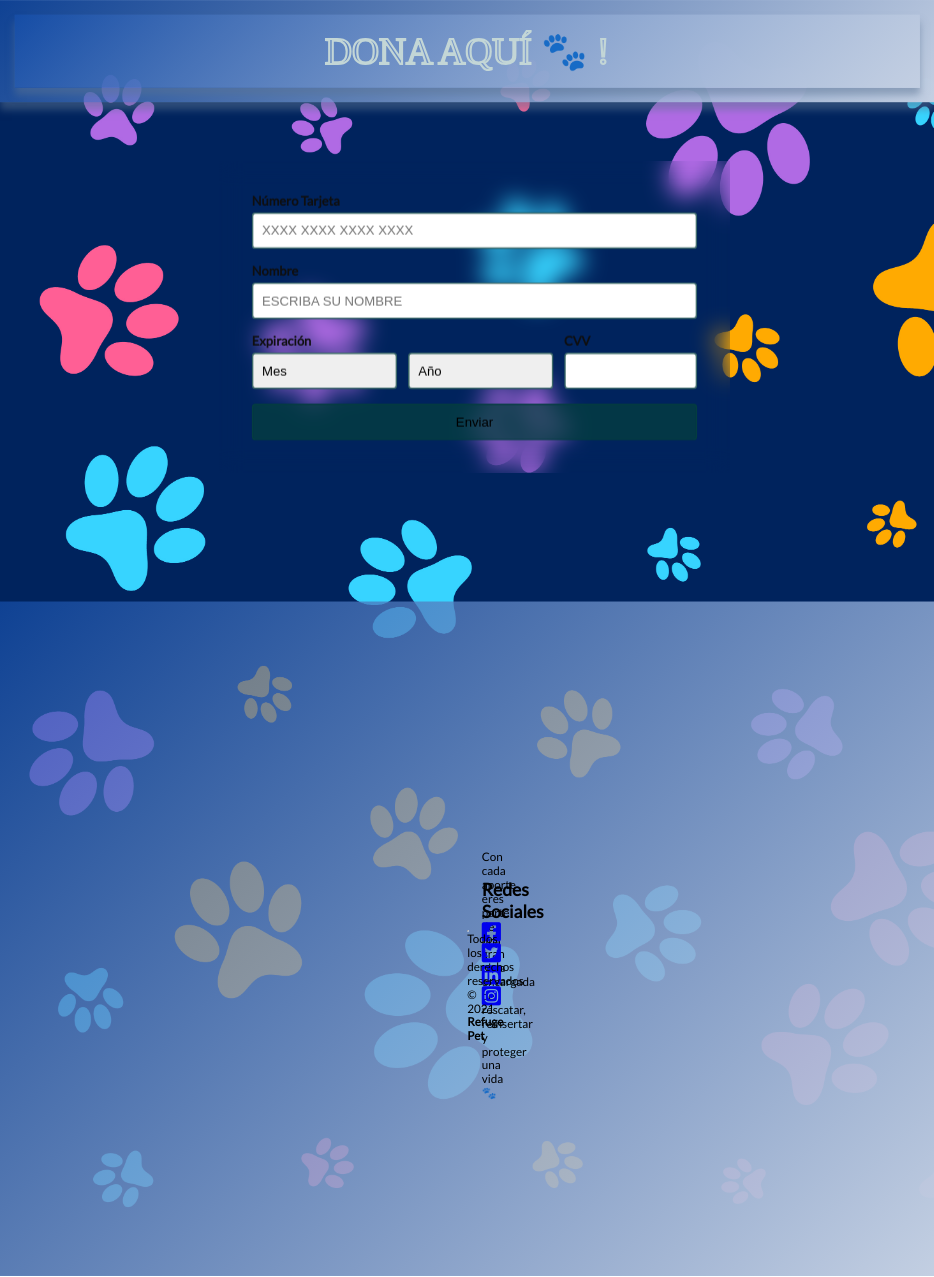
Repository: andreasvidal/SCL019-card-validation
Page: src/views/cardvalidation.html
An editor plug-in stored every save of this project. The page is shown before and after the next save, followed by the edit.
The browser window is 1280 px wide. The pictures show the whole page, at 73% of full size.
Some web fonts or font styles are not loaded; a fallback is used. Some web libraries are served in a nearby version.

Above is the page before, as saved 2022-04-13 10:05:18.

### src/views/cardvalidation.html
<!DOCTYPE html>
<html lang="en">

<head>
    <meta charset="UTF-8" />
    <meta http-equiv="X-UA-Compatible" content="IE=edge" />
    <meta name="viewport" content="width=device-width, initial-scale=1.0" />
    <link rel="preconnect" href="https://fonts.googleapis.com" />
    <link rel="preconnect" href="https://fonts.gstatic.com" crossorigin />
    <link href="https://fonts.googleapis.com/css2?family=Lato:ital,wght@0,400;1,700&display=swap" rel="stylesheet" />
    <link rel="preconnect" href="https://fonts.googleapis.com" />
    <link rel="preconnect" href="https://fonts.gstatic.com" crossorigin />
    <link href="https://fonts.googleapis.com/css2?family=Hurricane&family=Lato:ital,wght@1,700&display=swap" rel="stylesheet" />
    <link rel="stylesheet" href="https://use.fontawesome.com/releases/v5.8.1/css/all.css" integrity="sha384-50oBUHEmvpQ+1lW4y57PTFmhCaXp0ML5d60M1M7uH2+nqUivzIebhndOJK28anvf" crossorigin="anonymous" />
    <link rel="stylesheet" href="../css/formstyle.css" />
    <link rel="stylesheet" href="../css/style.css" />
    <title>Formulario</title>
</head>

<!--contenido principal formulario-->

<body>
    <div class="subtitle">
        <p class="subtitle">DONA AQUÍ 🐾 !</p>
    </div>
    <form id="formValidation" class="form-validation">
        <div class="bg-blur">
            <div class="data-card" id="dataForm">
                <label for="inputNumber">Número Tarjeta</label>
                <input type="text" id="inputNumber" name="number" maxlength="16" autocomplete="off" pattern="[0-9]+" placeholder="XXXX XXXX XXXX XXXX" required />
                <h5 id="print"></h5>
            </div>
            <div class="data-card">
                <label for="inputNameUser">Nombre </label>
                <input type="text" id="inputNameUser" name="nameUser" placeholder="Escriba su nombre" required />
                <h5 id="print"></h5>
            </div>
            <!--datos expiración tarjeta-->
            <div class="flexbox">
                <div class="data-card expider-date">
                    <label for="monthSelect">Expiración</label>
                    <div class="flexbox">
                        <div class="data-card-select">
                            <select name="monthSelect" id="monthSelect" required>
                <option disabled selected>Mes</option>
                <option value="1">1</option>
                <option value="2">2</option>
                <option value="3">3</option>
                <option value="4">4</option>
                <option value="5">5</option>
                <option value="6">6</option>
                <option value="7">7</option>
                <option value="8">8</option>
                <option value="9">9</option>
                <option value="10">10</option>
                <option value="11">11</option>
                <option value="12">12</option>
              </select>
                        </div>
                        <div class="data-card-select">
                            <select name="yearSelect" id="yearSelect" required>
                <option disabled selected>Año</option>
                <option value="2">2014</option>
                <option value="5">2015</option>
                <option value="6">2016</option>
                <option value="7">2017</option>
                <option value="8">2018</option>
                <option value="9">2019</option>
                <option value="10">2020</option>
                <option value="11">2021</option>
                <option value="12">2022</option>
              </select>
                        </div>
                    </div>
                </div>
                <div class="data-card ccv">
                    <label for="inputCcv">CVV</label>
                    <input type="text" id="inputCcv" name="inputCcv" maxlength="3" required />
                </div>
            </div>
            <button type="submit" value="sendForm" class="btn-send" id="sendForm">
        Enviar
      </button>
        </div>
    </form>
    <footer>
        <div class="container__footer">
            <div class="box__footer">
                <div class="terms">
                    <p>
                        Con cada aporte eres parte de una gran obra encargada de rescatar, reinsertar y proteger una vida 🐾
                    </p>
                </div>
            </div>
            <div class="box__footer">
                <h2>Redes Sociales</h2>
                <a href="#"> <i class="fab fa-facebook-square"></i></a>
                <a href="#"><i class="fab fa-twitter-square"></i></a>
                <a href="#"><i class="fab fa-linkedin"></i></a>
                <a href="#"><i class="fab fa-instagram-square"></i></a>
            </div>
        </div>
        <div class="box__copyright">
            <hr />
            <p>Todos los derechos reservados © 2021 <b>Refuge Pet</b></p>
        </div>
    </footer>
    <!-- jQuery-->
    <script src="https://ajax.googleapis.com/ajax/libs/jquery/3.6.0/jquery.min.js"></script>
    <!--materialize -->
    <!--JS-->
    <script src="../js/index.js" type="module"></script>
</body>

</html>

### src/css/formstyle.css
* {
    padding: 0;
    margin: 0;
    box-sizing: border-box;
}

body {
    font-family: 'Lato', 'sans-serif';
    background-image: url(../assets/img/fondopatas.jpg);
    background-size: cover;
    background-repeat: no-repeat;
}


/*estilos formulario validacion*/

.form-validation {
    color: beige;
    width: 100%;
    max-width: 700px;
    margin-left: 300px;
    border-radius: 10px;
    position: relative;
    top: 80px;
    z-index: 1;
}

.bg-blur {
    backdrop-filter: blur(1rem);
    width: 100%;
    padding: 45px;
}

.form-validation label {
    display: block;
    color: rgb(15, 15, 15);
    margin-bottom: 5px;
    font-size: 1.1rem;
    font-weight: 700;
}

.form-validation input,
.form-validation select,
.btn-send {
    border: 2px solid rgba(4, 63, 63, 0.753);
    font-size: 18px;
    height: 50px;
    width: 100%;
    padding: 5px 12px;
    border-radius: 5px;
}

.form-validation input:hover,
.form-validation select:hover {
    border: 2px solid rgb(23, 24, 24);
}

.form-validation input:focus,
.form-validation select:focus {
    outline: rgb(173, 182, 182);
    box-shadow: 0 8px 8px 0 rgba(32, 38, 46, 0.3);
}

.form-validation input {
    margin-bottom: 20px;
    text-transform: uppercase;
}

.form-validation .flexbox {
    display: flex;
    justify-content: space-between;
}

.form-validation .expider-date {
    width: 100%;
}

.form-validation .ccv {
    min-width: 10px;
}

.form-validation .data-card-select {
    width: 100%;
    margin-right: 15px;
    position: relative;
}

.form-validation select {
    -webkit-appearance: none;
}


/*backgrond btn enviar*/

.btn-send {
    background: rgba(4, 63, 63, 0.753);
    ;
}

.btn-send:hover {
    background-color: rgba(94, 126, 136, 0.651);
    cursor: pointer;
}

#print {
    color: rgb(38, 41, 41);
    font-size: 16px;
}


/*footer*/

.terms {
    height: 30px;
    margin-bottom: 50px;
}

footer {
    width: 100%;
    padding: 25% 50%;
    margin-top: 20%;
    background-size: cover;
    background-image: linear-gradient(135deg, #1650adad 0%, #c3cfe2 100%);
    box-shadow: 0 10px 10px 0 rgba(90, 116, 148, 0.3);
}

.box__footer {
    padding: 20px;
    height: 10px;
}

.fab {
    padding-right: 40px;
    width: 20px;
    height: 20px;
    font-size: 30px;
}

.box__copyright {
    padding-top: 50px;
}

### src/css/style.css
     * {
         padding: 0;
         margin: 0;
         box-sizing: border-box;
     }

     body {
         font-family: 'Lato', 'sans-serif';
         background-image: url(../assets/img/fondopatas.jpg);
     }
     /*estilo titulo*/

     .title-h1 {
         font-family: 'Raleway', sans-serif;
         text-decoration: underline overline wavy rgba(183, 0, 255, 0.514);
         padding: 40px 100px;
         color: rgb(74, 80, 80);
         display: flex;
         flex-direction: column;
         align-items: center;
         box-shadow: 0 10px 10px 0 rgba(90, 116, 148, 0.3);
         background-image: linear-gradient(135deg, #f5f7fa 0%, #c3cfe2 100%);
         font-size: 8vw;
     }

     .subtitle {
         font-family: 'Shadows Into Light', cursive;
         text-align: center;
         padding: 20px 20px;
         color: rgb(74, 80, 80);
         font-size: 4vw;
         -webkit-text-fill-color: transparent;
         -webkit-text-stroke: 3px rgb(195, 214, 214);
         background-image: linear-gradient(135deg, #1650adad 0%, #c3cfe2 100%);
         box-shadow: 0 10px 10px 0 rgba(90, 116, 148, 0.5);
     }

     .img-banner {
         display: flex;
         height: 500px;
         z-index: -1;
         flex-direction: row;
         margin-left: 50px;
         align-items: center;
         margin-bottom: -50px;
         border-radius: 15px;
     }
     /*contenedor tarjeta*/

     .container {
         width: 90%;
         max-width: 1000px;
         padding: 20px 60px;
         margin: auto;
         display: flex;
         /* deja los elementos en forma de columna*/
         flex-direction: column;
         /*align-items no sirve para centrar de forma vertical (se utiliza justify), se utiliza al cambiar la dirección con flex-direction*/
         align-items: center;
     }
     /*estilo tarjeta*/

     .card {
         padding-top: 30px;
         width: 100%;
         max-width: 550px;
         position: relative;
         color: rgb(37, 36, 36);
         cursor: pointer;
     }

     .card>div {
         padding: 30px;
         border-radius: 15px;
         min-height: 315px;
         display: flex;
         flex-direction: column;
         justify-content: space-between;
         box-shadow: 0 10px 10px 0 rgba(90, 116, 148, 0.822);
     }

     .style-card {
         width: 100%;
         background: url(../assets/img/background-card/bg-img-2.jpg);
         background-size: cover;
     }
     /*para mantener el espeacio de la imagen logo (contenedor vacio)*/

     .style-card .logo-card {
         text-align: right;
         min-height: 50px;
     }

     .style-card .logo-card img {
         width: 100%;
         height: 100%;
         object-fit: cover;
         max-width: 80px;
     }

     .style-card .chip-card {
         width: 100%;
         max-width: 50px;
         margin-bottom: 20px;
     }

     .style-card .form-group .card-label {
         font-size: 16px;
         color: rgb(115, 131, 131);
         margin-bottom: 5px;
     }

     .style-card .card-group .number-card,
     .style-card .card-group .name-card,
     .style-card .card-group .expider {
         /*color: rgb(74, 80, 80);*/
         font-size: 22px;
         text-transform: uppercase;
     }

     .style-card .flexbox {
         display: flex;
         justify-content: space-between;
         margin-top: 20px;
     }
     /*btn abrir formulario*/

     .btn-open {
         color: rgb(195, 214, 214);
         box-shadow: 0 10px 10px 0 rgba(90, 116, 148, 0.3);
         background: rgba(183, 0, 255, 0.514);
         width: 50px;
         height: 50px;
         margin-top: -10px;
         border-radius: 100%;
         z-index: 2;
     }

     .btn-open:hover {
         opacity: 0.50;
         -moz-opacity: .50;
         filter: alpha (opacity=50);
     }

     .btn-open {
         text-decoration: none;
         padding-top: 15px;
         text-align: center;
     }

### src/js/index.js
/*import validator from '../js/validator.js';

//Llamando al DOM

const btnForm = document.getElementById("sendForm");
const form = document.getElementById("#formValidation");
btnForm.addEventListener('click', function(e) {
    e.preventDefault();
    let creditCardNumber = document.getElementById('inputNumber').value;
    let maskified = validator.maskify(creditCardNumber);
    if (creditCardNumber === "") {
        return document.getElementById("print").innerHTML = "Reingrese su número de tarjeta sin espacios ni carácteres especiales";
    } else {
        return document.getElementById("print").innerHTML = "Tu tarjeta N° " + maskified + " es válida";
    }
})


// inputName solo letras, inputCcv y inputNumber  solo numeros
let inputNumber = document.getElementById('inputNumber');
let inputName = document.getElementById('inputNameUser');
let inputCcv = document.getElementById('inputCcv');

const onlyNum = /[^0-9]/g;
const onlypLet = /[^a-zA-ZÑñáéíóúÁÉÍÓÚ\s]*$/g;
inputNumber.addEventListener('input', function() {
    inputNumber.value = inputNumber.value.replace(onlyNum, '');
});
inputName.addEventListener('input', function() {
    inputName.value = inputName.value.replace(onlypLet, '');
});
inputCcv.addEventListener('input', function() {
    inputCcv.value = inputCcv.value.replace(onlyNum, '');
});

// mes y años
for (let i = 1; i <= 12; i++) {
    let optionDate = document.createElement('option');
    optionDate.value = i;
    optionDate.innerText = i;
    form.monthSelect.appendChild(optionDate);
}

// * Select del año generado dinamicamente.
const yearActual = new Date().getFullYear();
for (let i = yearActual; i <= yearActual + 8; i++) {
    let optionDate = document.createElement('option');
    optionDate.value = i;
    optionDate.innerText = i;
    optionDate.selectYear.appendChild(optionDate);
}*/

After the next save:
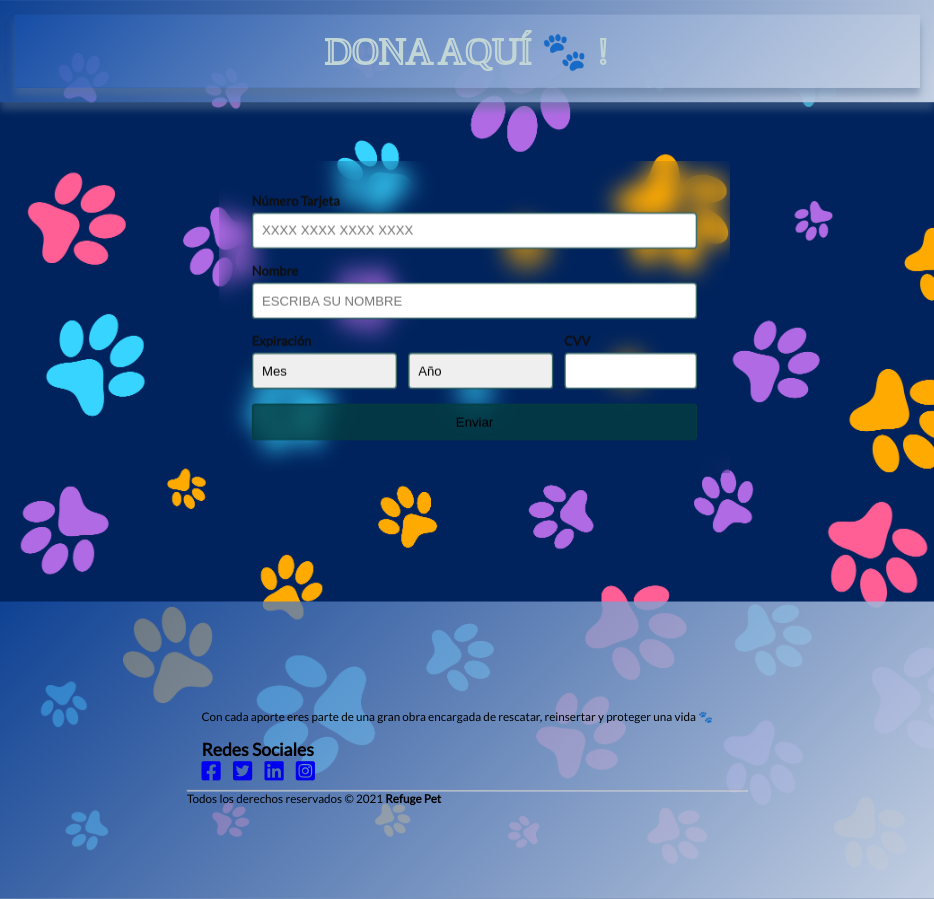
Saved 19 s later.
--- a/src/css/formstyle.css
+++ b/src/css/formstyle.css
@@ -117,7 +117,7 @@ body {
 
 footer {
     width: 100%;
-    padding: 25% 50%;
+    padding: 10% 20%;
     margin-top: 20%;
     background-size: cover;
     background-image: linear-gradient(135deg, #1650adad 0%, #c3cfe2 100%);
